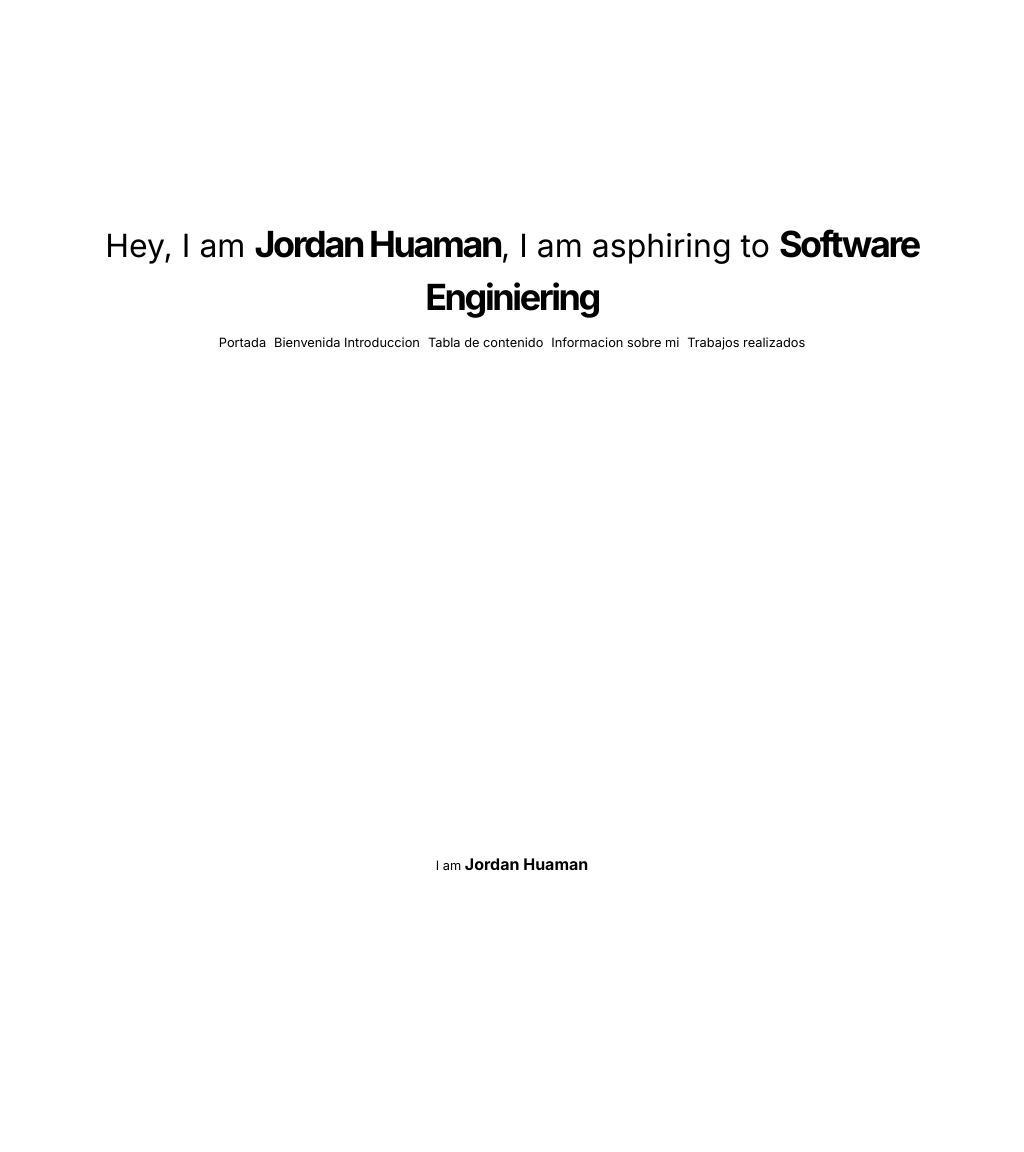
Repository: devsecops-node/portafolio-nextj-pages
Page: /
The author's editor kept a copy of each file at every save. The page is drawn from the files as they stood at one save, then again after the next save.
The browser window is 1280 px wide. The pictures show the whole page, at 80% of full size.
The project was rebuilt for these pictures with package versions that can differ from the ones it lists, and the page was loaded fresh each time. The framework's server and built-in components were replaced by stand-ins that run in the browser. Also part of the build but not shown: next.config.js, src/styles/transitionPage.module.css.

Above is the page before, as saved 2024-01-15 03:58:52.

After the next save:
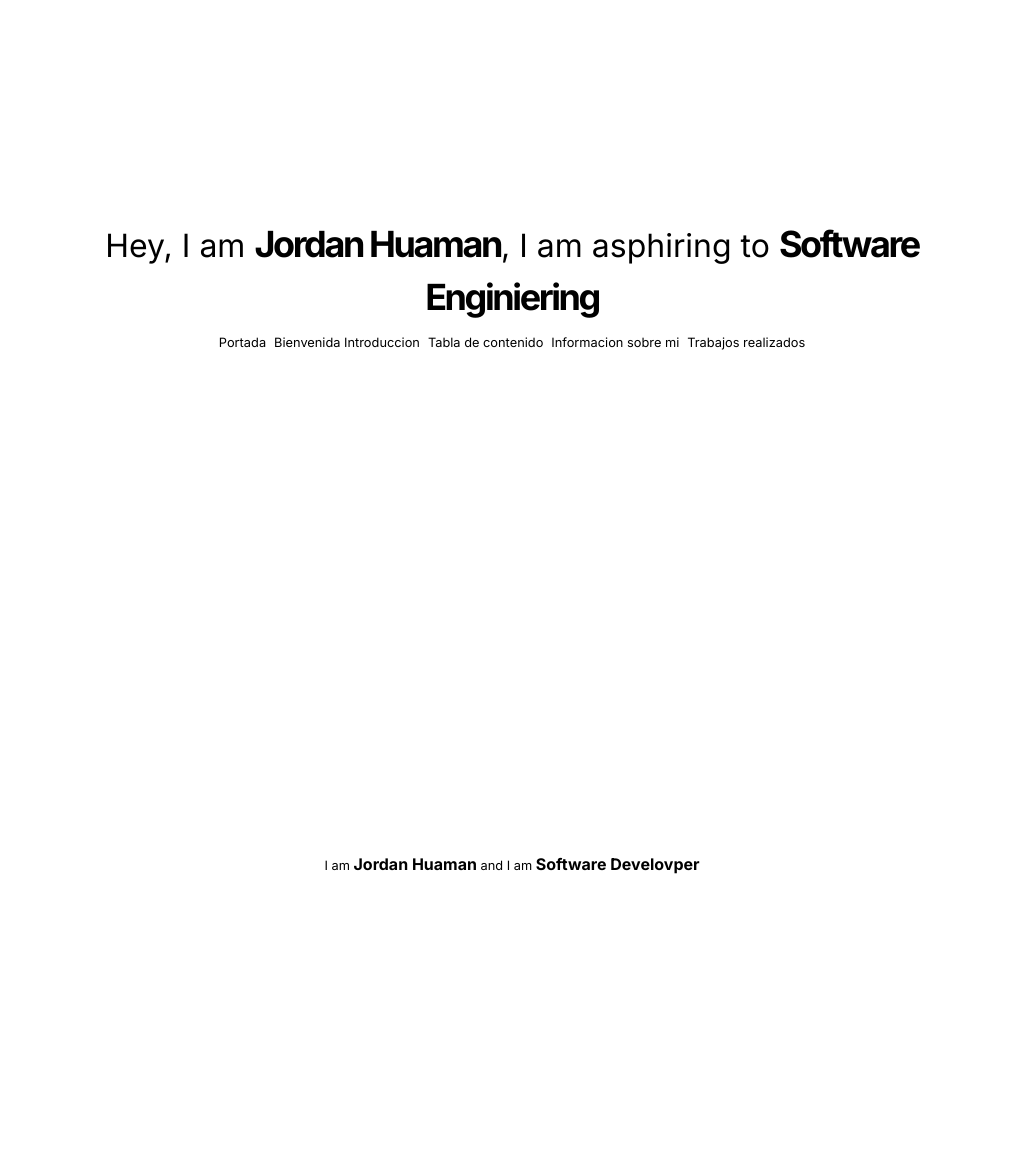
Saved 34 s later.
--- a/src/components/Portada.jsx
+++ b/src/components/Portada.jsx
@@ -4,7 +4,7 @@ const Portada = () => {
   return (
     <div className='h-screen flex justify-center items-center'>
       <section>
-        <p>I am <span className='text-[20px] font-bold'>Jordan Huaman</span></p>
+        <p>I am <span className='text-[20px] font-bold'>Jordan Huaman</span> and I am <span className='text-[20px] font-bold'>Software Develovper</span></p>
       </section>
     </div>
   )
